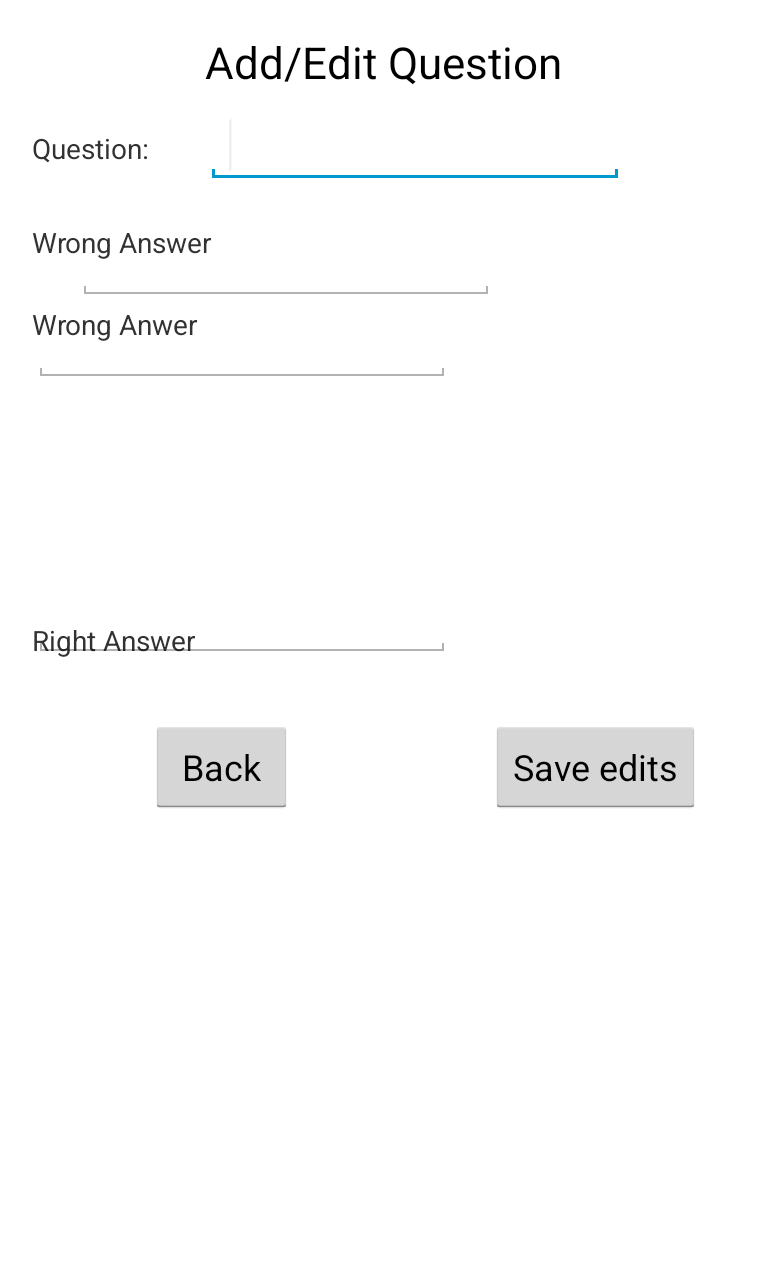
Repository: Sharkeysps/AndroidProjects
Layout: AndroidQuiz/Quiz/res/layout/activity_edit_question.xml
The author's editor kept a copy of each file at every save. The layout is drawn from the files as they stood at one save, then again after the next save.
It is drawn on a 768 x 1280 px phone screen (xhdpi) without system bars, with theme AppTheme; the app's code is not run.

Above is the layout before, as saved 2014-01-31 23:13:38.

### AndroidQuiz/Quiz/res/layout/activity_edit_question.xml
<RelativeLayout xmlns:android="http://schemas.android.com/apk/res/android"
    xmlns:tools="http://schemas.android.com/tools"
    android:layout_width="match_parent"
    android:layout_height="match_parent"
    android:paddingBottom="@dimen/activity_vertical_margin"
    android:paddingLeft="@dimen/activity_horizontal_margin"
    android:paddingRight="@dimen/activity_horizontal_margin"
    android:paddingTop="@dimen/activity_vertical_margin"
    tools:context=".EditQuestion" >

    <TextView
        android:id="@+id/textView1"
        android:layout_width="wrap_content"
        android:layout_height="wrap_content"
        android:layout_centerHorizontal="true"
        android:text="Add/Edit Question"
        android:textAppearance="?android:attr/textAppearanceLarge" />

    <TextView
        android:id="@+id/textView2"
        android:layout_width="wrap_content"
        android:layout_height="wrap_content"
        android:layout_below="@+id/textView1"
        android:layout_marginTop="19dp"
        android:text="Question:" />

    <TextView
        android:id="@+id/textView3"
        android:layout_width="wrap_content"
        android:layout_height="wrap_content"
        android:layout_alignLeft="@+id/textView2"
        android:layout_below="@+id/textView2"
        android:layout_marginTop="28dp"
        android:text="Wrong Answer" />

    <TextView
        android:id="@+id/textView4"
        android:layout_width="wrap_content"
        android:layout_height="wrap_content"
        android:layout_alignLeft="@+id/textView3"
        android:layout_below="@+id/textView3"
        android:layout_marginTop="22dp"
        android:text="Wrong Anwer" />

    <EditText
        android:id="@+id/questionText"
        android:layout_width="wrap_content"
        android:layout_height="wrap_content"
        android:layout_alignBaseline="@+id/textView2"
        android:layout_alignBottom="@+id/textView2"
        android:layout_alignLeft="@+id/textView1"
        android:ems="10" >

        <requestFocus />
    </EditText>

    <EditText
        android:id="@+id/wrongAnswerOne"
        android:layout_width="wrap_content"
        android:layout_height="wrap_content"
        android:layout_alignLeft="@+id/editText1"
        android:layout_alignTop="@+id/textView3"
        android:layout_marginLeft="22dp"
        android:ems="10" />

    <EditText
        android:id="@+id/wrongAnswerTwo"
        android:layout_width="wrap_content"
        android:layout_height="wrap_content"
        android:layout_alignLeft="@+id/editText2"
        android:layout_alignTop="@+id/textView4"
        android:ems="10" />

    <TextView
        android:id="@+id/textView5"
        android:layout_width="wrap_content"
        android:layout_height="wrap_content"
        android:layout_alignLeft="@+id/textView4"
        android:layout_centerVertical="true"
        android:text="Right Answer" />

    <EditText
        android:id="@+id/rightAnswer"
        android:layout_width="wrap_content"
        android:layout_height="wrap_content"
        android:layout_alignBottom="@+id/textView5"
        android:layout_alignLeft="@+id/editText2"
        android:layout_alignRight="@+id/editText3"
        android:ems="10" />

    <Button
        android:id="@+id/saveEdits"
        android:layout_width="wrap_content"
        android:layout_height="wrap_content"
        android:layout_alignParentRight="true"
        android:layout_below="@+id/rightAnswer"
        android:layout_marginRight="17dp"
        android:layout_marginTop="30dp"
        android:text="Save edits" />

    <Button
        android:id="@+id/back"
        android:layout_width="wrap_content"
        android:layout_height="wrap_content"
        android:layout_alignBaseline="@+id/saveEdits"
        android:layout_alignBottom="@+id/saveEdits"
        android:layout_toRightOf="@+id/textView2"
        android:text=" Back " />

</RelativeLayout>

Loaded but not shown: AndroidQuiz/Quiz/res/values/styles.xml (common file); AndroidQuiz/Quiz/res/values-v11/styles.xml (common file); AndroidQuiz/Quiz/res/values-v14/styles.xml (common file); AndroidQuiz/Quiz/res/values/dimens.xml (common file)

After the next save:
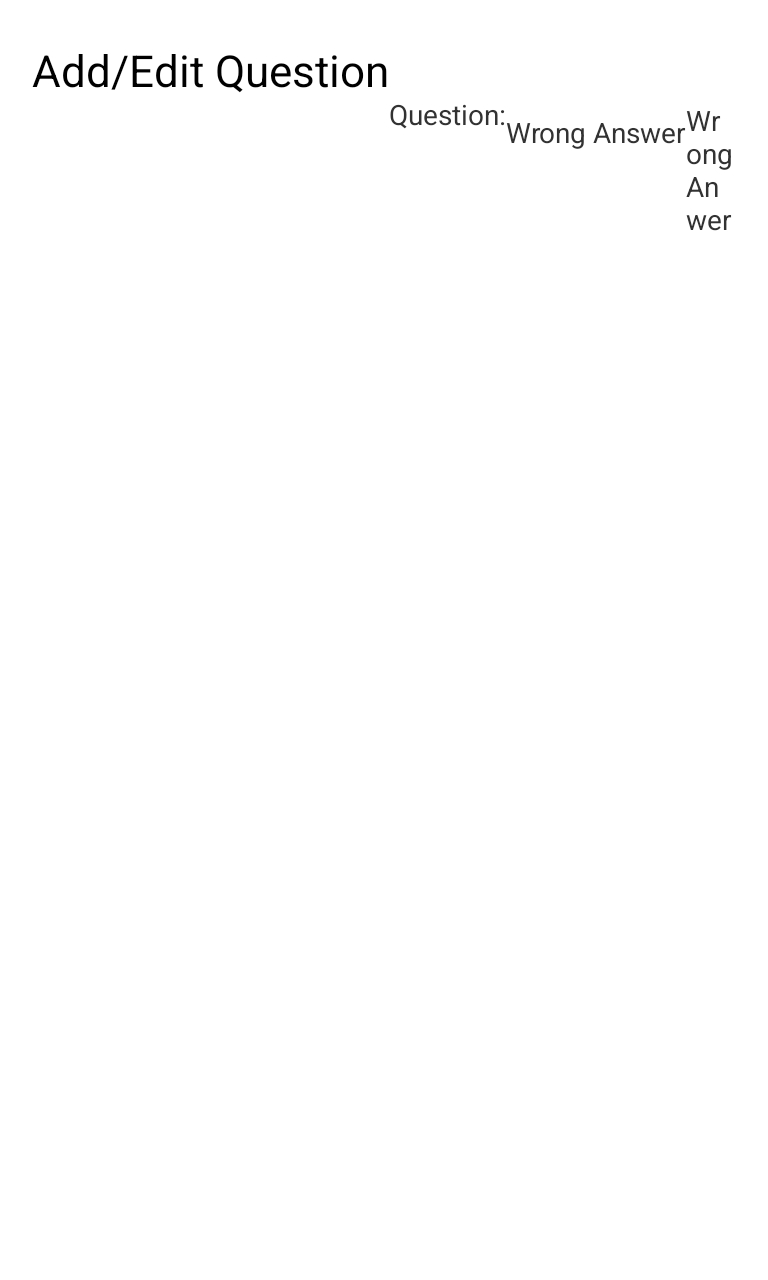
Saved 51 s later.
--- a/AndroidQuiz/Quiz/res/layout/activity_edit_question.xml
+++ b/AndroidQuiz/Quiz/res/layout/activity_edit_question.xml
@@ -1,4 +1,4 @@
-<RelativeLayout xmlns:android="http://schemas.android.com/apk/res/android"
+<LinearLayout xmlns:android="http://schemas.android.com/apk/res/android"
     xmlns:tools="http://schemas.android.com/tools"
     android:layout_width="match_parent"
     android:layout_height="match_parent"
@@ -55,15 +55,6 @@
     </EditText>
 
     <EditText
-        android:id="@+id/wrongAnswerOne"
-        android:layout_width="wrap_content"
-        android:layout_height="wrap_content"
-        android:layout_alignLeft="@+id/editText1"
-        android:layout_alignTop="@+id/textView3"
-        android:layout_marginLeft="22dp"
-        android:ems="10" />
-
-    <EditText
         android:id="@+id/wrongAnswerTwo"
         android:layout_width="wrap_content"
         android:layout_height="wrap_content"
@@ -78,15 +69,6 @@
         android:layout_alignLeft="@+id/textView4"
         android:layout_centerVertical="true"
         android:text="Right Answer" />
-
-    <EditText
-        android:id="@+id/rightAnswer"
-        android:layout_width="wrap_content"
-        android:layout_height="wrap_content"
-        android:layout_alignBottom="@+id/textView5"
-        android:layout_alignLeft="@+id/editText2"
-        android:layout_alignRight="@+id/editText3"
-        android:ems="10" />
 
     <Button
         android:id="@+id/saveEdits"
@@ -107,4 +89,20 @@
         android:layout_toRightOf="@+id/textView2"
         android:text=" Back " />
 
-</RelativeLayout>
+    <EditText
+        android:id="@+id/wrongAnswerOne"
+        android:layout_width="wrap_content"
+        android:layout_height="wrap_content"
+        android:layout_alignLeft="@+id/textView3"
+        android:layout_below="@+id/textView3"
+        android:ems="10" />
+
+    <EditText
+        android:id="@+id/rightAnswer"
+        android:layout_width="wrap_content"
+        android:layout_height="wrap_content"
+        android:layout_alignLeft="@+id/wrongAnswerTwo"
+        android:layout_below="@+id/wrongAnswerTwo"
+        android:ems="10" />
+
+</LinearLayout>
